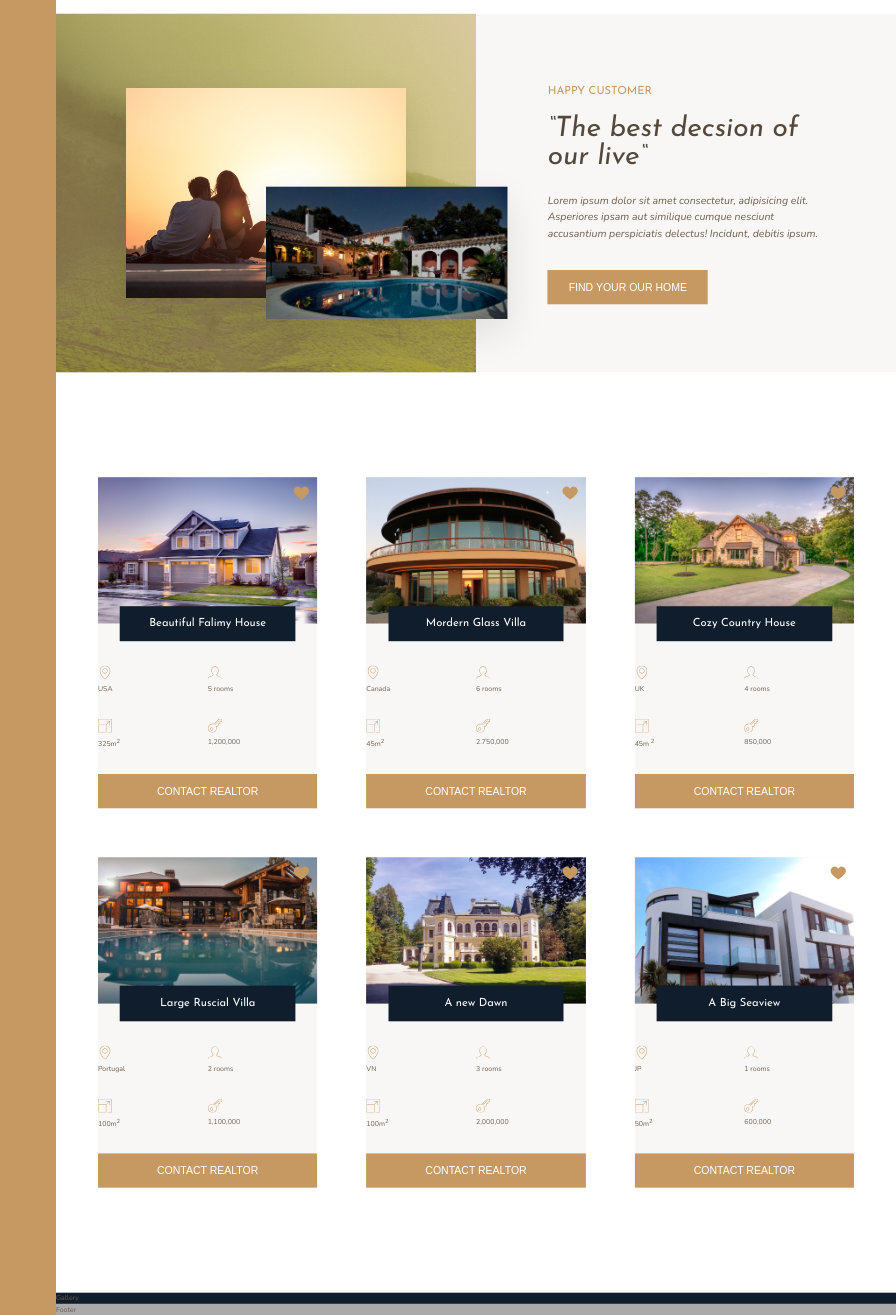
Repository: m2pd/your-home
Page: index.html
An editor plug-in stored every save of this project. The page is shown before and after the next save, followed by the edit.
The browser window is 1280 px wide. The pictures show the part of the page from y = 1224 to 3144 px (the page is 3103 px tall before and 3144 px after), at 70% of full size.
The style sheet was rebuilt from its Sass, Less or Tailwind sources for each picture, by a compiler version that may differ from the author's.

Above is the page before, as saved 2020-03-05 16:25:28.

### index.html
<!DOCTYPE html>
<html lang="en">
    <head>
        <meta charset="UTF-8">
        <meta name="viewport" content="width=device-width, initial-scale=1.0">
        <meta http-equiv="X-UA-Compatible" content="ie=edge">

        <link href="https://fonts.googleapis.com/css?family=Josefin+Sans:300,400,400i|Nunito:300,300i" rel="stylesheet">
        <link rel="stylesheet" href="css/style.css">
        <link rel="shortcut icon" type="image/png" href="img/favicon.png">

        <title>nexter &mdash; your home, your freedom</title>
    </head>
    <body class="container">

        <div class="sidebar">
            Sidebar
        </div>

        <header class="header">
            Header
        </header>

        <div class="realtors">
            3 Realtors
        </div>

        <div class="features">
            <div class="feature feature-1">
                <svg class="feature__icon">
                    <use xlink:href="img/sprite.svg#icon-global"></use>
                </svg>
                <h4 class="heading-4 heading-4--dark">World's best luxury homes</h4>
                <p class="feature__text">
                    Lorem, ipsum dolor sit amet consectetur adipisicing elit. Tenetur distinctio necessitatibus pariatur voluptatibus.
                </p>
            </div>

            <div class="feature feature-2">
                <svg class="feature__icon">
                    <use xlink:href="img/sprite.svg#icon-trophy"></use>
                </svg>
                <h4 class="heading-4 heading-4--dark">Only the best properties</h4>
                <p class="feature__text">
                    Voluptatum mollitia quae. Vero ipsum sapiente molestias accusamus rerum sed a eligendi aut quia.
                </p>
            </div>

            <div class="feature feature-3">
                <svg class="feature__icon">
                    <use xlink:href="img/sprite.svg#icon-map-pin"></use>
                </svg>
                <h4 class="heading-4 heading-4--dark">All home in top location</h4>
                <p class="feature__text">
                    Tenetur distinctio necessitatibus pariatur voluptatibus quidem consequatur harum.
                </p>
            </div>

            <div class="feature feature-4">
                <svg class="feature__icon">
                    <use xlink:href="img/sprite.svg#icon-key"></use>
                </svg>
                <h4 class="heading-4 heading-4--dark">New home in one week</h4>
                <p class="feature__text">
                    Vero ipsum sapiente molestias accusamus rerum. Lorem, ipsum dolor sit amet consectetur adipisicing elit.
                </p>
            </div>

            <div class="feature feature-5">
                <svg class="feature__icon">
                    <use xlink:href="img/sprite.svg#icon-presentation"></use>
                </svg>
                <h4 class="heading-4">Top 1% realtors</h4>
                <p class="feature__text">
                    Quidem consequatur harum, voluptatum mollitia quae. Tenetur distinctio necessitatibus pariatur voluptatibus.
                </p>
            </div>

            <div class="feature feature-6">
                <svg class="feature__icon">
                    <use xlink:href="img/sprite.svg#icon-lock"></use>
                </svg>
                <h4 class="heading-4">Secure in Payment on nexter</h4>
                <p class="feature__text">
                    Pariatur voluptatibus quidem consequatur harum, voluptatum mollitia quae.
                </p>
            </div>
        </div>

        <div class="story__pictures">
            <img src="img/story-1.jpeg" alt="Couple with new house" class="story__img--1">
            <img src="img/story-2.jpeg" alt="New house" class="story__img--2">
        </div>

        <div class="story__content">
            <h3 class="heading-3 mb-sm">Happy Customer</h3>
            <h2 class="heading-2 heading-2--dark mb-md">&ldquo;The best decsion of our live&ldquo;</h2>
            <div class="story__text">
                Lorem ipsum dolor sit amet consectetur, adipisicing elit. Asperiores ipsam aut similique cumque nesciunt accusantium perspiciatis delectus! Incidunt, debitis ipsum.
            </div>
            <button class="btn">Find your our home</button>
        </div>

        <section class="homes">
            <div class="home">
                <img src="img/house-1.jpeg" alt="House 1" class="home__img">
                <svg class="home__like">
                    <use xlink:href="img/sprite.svg#icon-heart-full"></use>
                </svg>
                <h5 class="home__name">Beautiful Falimy House</h5>
                <div class="home__location">
                    <svg>
                        <use xlink:href="img/sprite.svg#icon-map-pin"></use>
                    </svg>
                    <p>USA</p>
                </div>
                <div class="home__rooms">
                    <svg>
                        <use xlink:href="img/sprite.svg#icon-profile-male"></use>
                    </svg>
                    <p>5 rooms</p>
                </div>
                <div class="home__area">
                    <svg>
                        <use xlink:href="img/sprite.svg#icon-expand"></use>
                    </svg>
                    <p>325m<sup>2</sup></p>
                </div>
                <div class="home__price">
                    <svg>
                        <use xlink:href="img/sprite.svg#icon-key"></use>
                    </svg>
                    <p>1,200,000</p>
                </div>
                <button class="btn home__btn">Contact realtor</button>
            </div>

            <div class="home">
                <img src="img/house-2.jpeg" alt="House 2" class="home__img">
                <svg class="home__like">
                    <use xlink:href="img/sprite.svg#icon-heart-full"></use>
                </svg>
                <h5 class="home__name">Mordern Glass Villa</h5>
                <div class="home__location">
                    <svg>
                        <use xlink:href="img/sprite.svg#icon-map-pin"></use>
                    </svg>
                    <p>Canada</p>
                </div>
                <div class="home__rooms">
                    <svg>
                        <use xlink:href="img/sprite.svg#icon-profile-male"></use>
                    </svg>
                    <p>6 rooms</p>
                </div>
                <div class="home__area">
                    <svg>
                        <use xlink:href="img/sprite.svg#icon-expand"></use>
                    </svg>
                    <p>45m<sup>2</sup></p>
                </div>
                <div class="home__price">
                    <svg>
                        <use xlink:href="img/sprite.svg#icon-key"></use>
                    </svg>
                    <p>2.750,000</p>
                </div>
                <button class="btn home__btn">Contact realtor</button>
            </div>

            <div class="home">
                <img src="img/house-3.jpeg" alt="House 3" class="home__img">
                <svg class="home__like">
                    <use xlink:href="img/sprite.svg#icon-heart-full"></use>
                </svg>
                <h5 class="home__name">Cozy Country House</h5>
                <div class="home__location">
                    <svg>
                        <use xlink:href="img/sprite.svg#icon-map-pin"></use>
                    </svg>
                    <p>UK</p>
                </div>
                <div class="home__rooms">
                    <svg>
                        <use xlink:href="img/sprite.svg#icon-profile-male"></use>
                    </svg>
                    <p>4 rooms</p>
                </div>
                <div class="home__area">
                    <svg>
                        <use xlink:href="img/sprite.svg#icon-expand"></use>
                    </svg>
                    <p>45m <sup>2</sup></p>
                </div>
                <div class="home__price">
                    <svg>
                        <use xlink:href="img/sprite.svg#icon-key"></use>
                    </svg>
                    <p>850,000</p>
                </div>
                <button class="btn home__btn">Contact realtor</button>
            </div>

            <div class="home">
                <img src="img/house-4.jpeg" alt="House 4" class="home__img">
                <svg class="home__like">
                    <use xlink:href="img/sprite.svg#icon-heart-full"></use>
                </svg>
                <h5 class="home__name">Large Ruscial Villa</h5>
                <div class="home__location">
                    <svg>
                        <use xlink:href="img/sprite.svg#icon-map-pin"></use>
                    </svg>
                    <p>Portugal</p>
                </div>
                <div class="home__rooms">
                    <svg>
                        <use xlink:href="img/sprite.svg#icon-profile-male"></use>
                    </svg>
                    <p>2 rooms</p>
                </div>
                <div class="home__area">
                    <svg>
                        <use xlink:href="img/sprite.svg#icon-expand"></use>
                    </svg>
                    <p>100m<sup>2</sup></p>
                </div>
                <div class="home__price">
                    <svg>
                        <use xlink:href="img/sprite.svg#icon-key"></use>
                    </svg>
                    <p>1,100,000</p>
                </div>
                <button class="btn home__btn">Contact realtor</button>
            </div>

            <div class="home">
                <img src="img/house-5.jpeg" alt="House 5" class="home__img">
                <svg class="home__like">
                    <use xlink:href="img/sprite.svg#icon-heart-full"></use>
                </svg>
                <h5 class="home__name">A new Dawn</h5>
                <div class="home__location">
                    <svg>
                        <use xlink:href="img/sprite.svg#icon-map-pin"></use>
                    </svg>
                    <p>VN</p>
                </div>
                <div class="home__rooms">
                    <svg>
                        <use xlink:href="img/sprite.svg#icon-profile-male"></use>
                    </svg>
                    <p>3 rooms</p>
                </div>
                <div class="home__area">
                    <svg>
                        <use xlink:href="img/sprite.svg#icon-expand"></use>
                    </svg>
                    <p>100m<sup>2</sup></p>
                </div>
                <div class="home__price">
                    <svg>
                        <use xlink:href="img/sprite.svg#icon-key"></use>
                    </svg>
                    <p>2,000,000</p>
                </div>
                <button class="btn home__btn">Contact realtor</button>
            </div>

            <div class="home">
                <img src="img/house-6.jpeg" alt="House 6" class="home__img">
                <svg class="home__like">
                    <use xlink:href="img/sprite.svg#icon-heart-full"></use>
                </svg>
                <h5 class="home__name">A Big Seaview</h5>
                <div class="home__location">
                    <svg>
                        <use xlink:href="img/sprite.svg#icon-map-pin"></use>
                    </svg>
                    <p>JP</p>
                </div>
                <div class="home__rooms">
                    <svg>
                        <use xlink:href="img/sprite.svg#icon-profile-male"></use>
                    </svg>
                    <p>1 rooms</p>
                </div>
                <div class="home__area">
                    <svg>
                        <use xlink:href="img/sprite.svg#icon-expand"></use>
                    </svg>
                    <p>50m<sup>2</sup></p>
                </div>
                <div class="home__price">
                    <svg>
                        <use xlink:href="img/sprite.svg#icon-key"></use>
                    </svg>
                    <p>600,000</p>
                </div>
                <button class="btn home__btn">Contact realtor</button>
            </div>
        </section>

        <section class="gallery">
            Gallery
        </section>

        <footer class="footer">
            Footer
        </footer>

    </body>
</html>

### sass/_base.scss
// COLOR VARIABLES
$color-primary: #c69963;
$color-primary-dark: #B28451;

$color-secondary: #101d2c;

$color-grey-light-1: #f9f7f6;
$color-grey-light-2: #aaa;

$color-grey-dark-1: #54483A;
$color-grey-dark-2: #6D5D4B;

// FONT VARIABLES
$font-primary: 'Nunito', sans-serif;
$font-display: 'Josefin Sans', sans-serif;


*,
*::before,
*::after{
    margin:0;
    padding:0;
    box-sizing: inherit;
}

html{
    font-size:62.5%;
    box-sizing: border-box;
}

body{
    font-family: $font-primary;
    color: $color-grey-dark-2;
    font-weight: 300;
    line-height: 1.6;
}

.container{
    display: grid;
    grid-template-rows: 80vh min-content 40vw repeat(3, min-content);
    grid-template-columns:[sidebar-start] 8rem [sidebar-end full-start] minmax(6rem, 1fr) [center-start] repeat(8, [col-start] minmax(min-content, 14rem) [col-end]) [center-end] minmax(6rem, 1fr) [full-end];

}

### sass/_typography.scss
%heading {
  font-family: $font-display;
  font-weight: 400;
}

.heading-1 {
  @extend %heading;
}

.heading-2 {
  @extend %heading;
  font-size: 4rem;
  font-style: italic;
  line-height: 1;

  &--light{ color: $color-grey-light-1;}
  &--dark{ color: $color-grey-dark-1;}
}

.heading-3 {
  @extend %heading;

  font-size: 1.6rem;
  color: $color-primary;
  text-transform: uppercase;

}

.heading-4 {
  @extend %heading;
  font-size: 1.9rem;

  &--light{ color: $color-grey-light-1;}
  &--dark{ color: $color-grey-dark-1;}

}

.btn{
    background-color: $color-primary;
    color: #fff;
    font-size: 1.5rem;
    border: none;
    border-radius: none;
    padding: 1.6rem  3rem;
    text-transform: uppercase;
    cursor: pointer;
    transition: all .2s;

    &:hover{
      background-color: $color-primary-dark;
    }
}

.mb-sm{ margin-bottom: 2rem; }
.mb-md{ margin-bottom: 3rem; }
.mb-lg{ margin-bottom: 4rem; }
.mb-hg{ margin-bottom: 8rem; }

### sass/_features.scss
.features{
    grid-column: center-start /  center-end;

    margin: 15rem 0;
    display: grid;
    // grid-template-columns: repeat(3, 1fr);
    grid-template-columns: repeat(auto-fit, minmax(25rem, 1fr));
    grid-gap: 6rem;
}

.feature{
    display: grid;
    grid-template-columns: min-content 1fr;
    grid-column-gap: 2.5rem;
    grid-row-gap: 1.5rem;

    align-items: start;

    &__icon{
        fill: $color-primary;
        width:4.5rem;
        height:4.5rem;

        grid-row: 1 / span 2;
    }

    &__text{
        font-size: 1.7rem;
    }
}

### sass/_story.scss
.story{
    &__pictures{
        background-color: $color-primary;
        grid-column: full-start / col-end 4;
        background-image:linear-gradient(rgba($color-primary,.5), rgba($color-primary, .5)),
                         url(../img/back.jpg);

        display: grid;
        grid-template-columns: repeat(6, 1fr);
        grid-template-rows: repeat(6, 1fr);
        align-items:center ;
    }

    &__img--1{
        width: 100%;
        grid-column: 2 / 6;
        grid-row: 2 / 6;
        box-shadow: 0 2rem 5rem rgba(#000, .1);
    }

    &__img--2{
        width: 115%;
        grid-column: 4 / 7;
        grid-row: 4 / 6;
        z-index: 20;
        box-shadow: 0 2rem 5rem rgba(#000, .1);

    }

    &__content{
        background-color: $color-grey-light-1;
        grid-column: col-start 5 / full-end;

        padding: 6rem 8vw;

        // display: flex;
        // flex-direction: column;
        // justify-content: center;
        // align-items: flex-start;

        display: grid;
        align-content: center;
        justify-items: start;
    }

    &__text{
        font-size: 1.5rem;
        font-style: italic;
        margin-bottom: 4rem;


    }
}

### sass/_homes.scss
.homes{
    grid-column: center-start / center-end;
    margin: 15rem 0;

    display: grid;
    grid-template-columns: repeat(auto-fit, minmax(25rem, 1fr));
    grid-gap: 7rem;
}

.home{
    background-color:  $color-grey-light-1;

    display: grid;
    grid-template-columns: repeat(2, 1fr);
    grid-row-gap: 3.5rem;

    &__img{
        width: 100%;
        grid-row: 1/ 2;
        grid-column: 1/ -1;
        z-index: 1;
    }

    &__like{
        grid-row: 1/ 2;
        grid-column: 2/ 3;
        fill: $color-primary;
        width: 2.5rem;
        height: 2.5rem;
        z-index: 2;
        justify-self: end;
        margin: 1rem;

    }

    &__name{
        grid-column: 1/ -1;
        grid-row: 1 / 2;

        width: 80%;
        align-self: end;
        justify-self: center;
        font-family: $font-display;
        font-size: 1.6rem;
        font-weight: 400;
        text-align: center;
        background-color: $color-secondary;
        color:#fff;
        padding: 1.25rem;
        z-index: 2;
        transform: translateY(50%);
    }

    &__location,
    &__rooms{
        margin-top: 2.5rem;
    }

    &__location,
    &__rooms,
    &__area,
    &__price{
        svg{
            fill: $color-primary;
            width: 2rem;
            height: 2rem;
        }
    }

    &__btn{
        grid-column: 1/ -1;
    }
}

### sass/_gallery.scss
.gallery{
    background-color: $color-secondary;
    grid-column: full-start / full-end;
}

### sass/_footer.scss
.footer{
    background-color: $color-grey-light-2;
    grid-column: full-start / full-end;
}

Loaded but not shown: sass/main.scss (common file); sass/_sidebar.scss (common file); sass/_header.scss (common file); sass/_realtors.scss (common file)

After the next save:
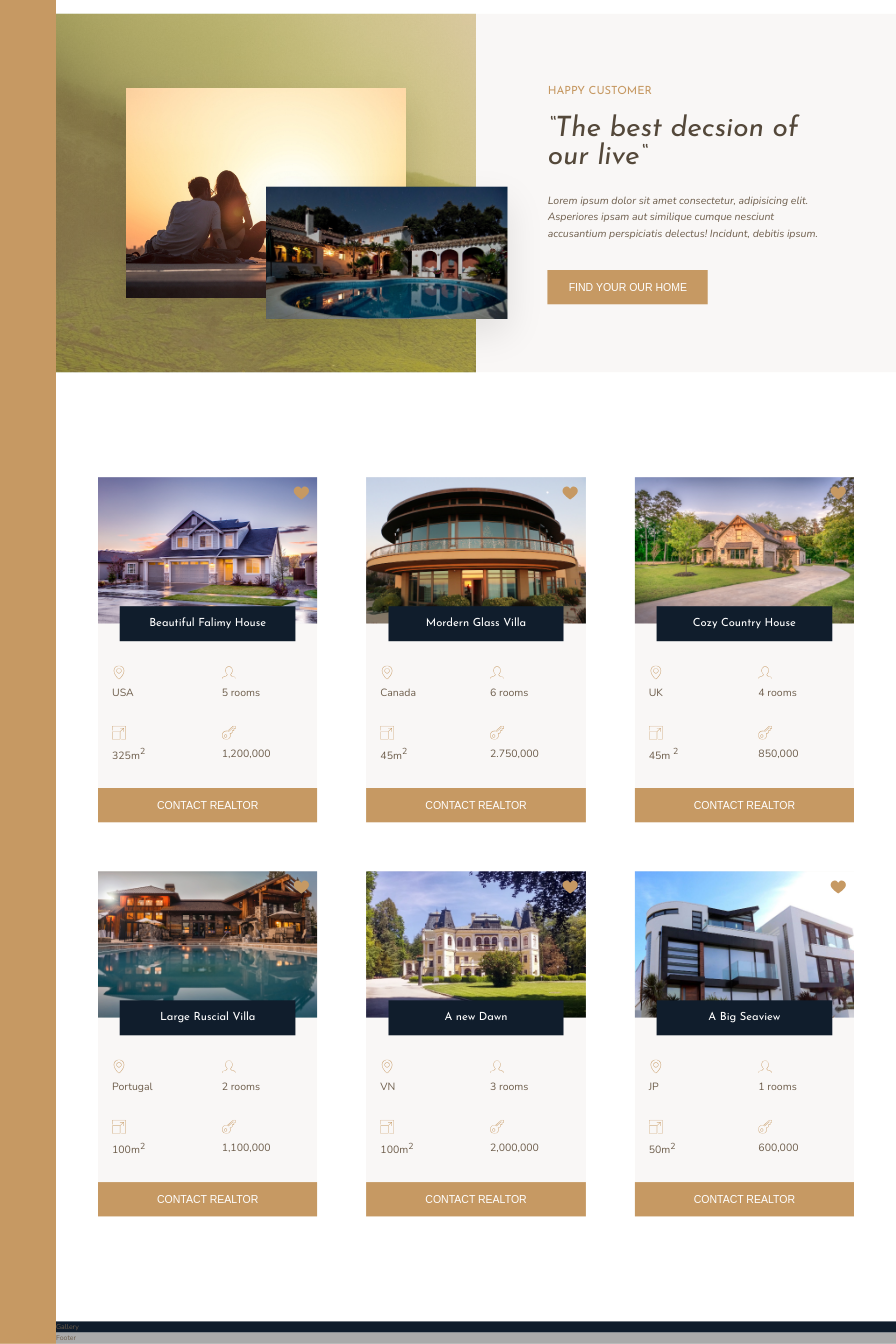
Saved 14 s later.
--- a/sass/_homes.scss
+++ b/sass/_homes.scss
@@ -60,6 +60,8 @@
     &__rooms,
     &__area,
     &__price{
+        font-size: 1.5rem;
+        margin-left: 2rem;
         svg{
             fill: $color-primary;
             width: 2rem;
